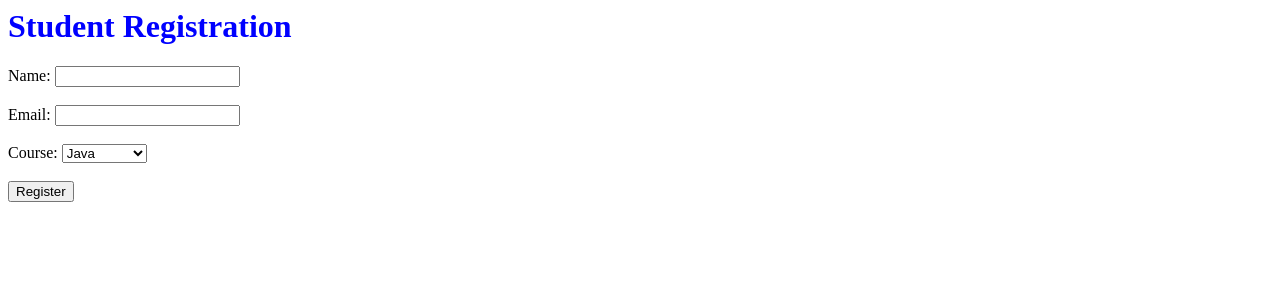
Repository: anik3395/JavaServletProjects
Page: http://localhost/StudentRegistrationSystem/register
An editor plug-in stored every save of this project. The page is shown before and after the next save, followed by the edit.
The browser window is 1280 px wide. The pictures show the whole page.
The page is served by Tomcat 9. Other server files are loaded and not shown.

Above is the page before, as saved 2024-10-22 14:08:32.

### eclipse-workspace/StudentRegistrationSystem/src/main/java/com/anik/StudentServlet.java
package com.anik;

import java.io.IOException;
import java.io.PrintWriter;
import java.util.ArrayList;
import java.util.List;

import javax.servlet.ServletException;
import javax.servlet.annotation.WebServlet;
import javax.servlet.http.HttpServlet;
import javax.servlet.http.HttpServletRequest;
import javax.servlet.http.HttpServletResponse;


@WebServlet("/register")
public class StudentServlet extends HttpServlet {

	// A list to store registered students in memory
    static final List<Student> students = new ArrayList<>();

   // doGet method to display the registration form

	protected void doGet(HttpServletRequest request, HttpServletResponse response) throws ServletException, IOException {
		// Set response content type to HTML
        response.setContentType("text/html");

        // Use PrintWriter to send the registration form as an HTML response
        PrintWriter out = response.getWriter();
        out.println("<html><body>");
        out.println("<h1 style=\"color:blue;\">Student Registration</h1>");
        out.println("<form action='register' method='post'>");
        out.println("Name: <input type='text' name='name' required><br><br>");
        out.println("Email: <input type='email' name='email' required><br><br>");
        out.println("Course: <select name='course'>");
        out.println("<option >Java</option>");
        out.println("<option value='Python'>Python</option>");
        out.println("<option value='JavaScript'>JavaScript</option>");
        out.println("<option >C</option>");
        out.println("<option >C++</option>");
        out.println("</select><br><br>");
        out.println("<input type='submit' value='Register'>");
        out.println("</form>");
        out.println("</body></html>");
	}


	protected void doPost(HttpServletRequest request, HttpServletResponse response) throws ServletException, IOException {
		String name = request.getParameter("name");
		String email = request.getParameter("email");
        String course = request.getParameter("course");

        if (name == null || name.isEmpty() || email == null || email.isEmpty() || course == null || course.isEmpty()) {
            // If validation fails, send an error message back to the client
            response.getWriter().println("<h3>All fields are required!</h3>");
            return;
        }

        // Create a new student object using the submitted data
        Student student = new Student(name, email, course);

        // Add the new student to the list
        students.add(student);

     // Redirect to the '/view' page to display all registered students
        response.sendRedirect("view");
	}

	// Method to get the list of registered students (to be used in Part 2)
    public static List<Student> getStudents() {
        return students;
    }

}

After the next save:
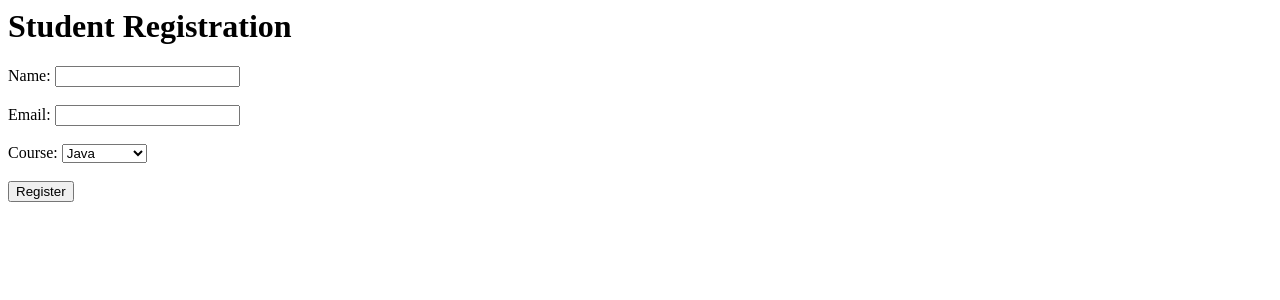
Saved 8 s later.
--- a/eclipse-workspace/StudentRegistrationSystem/src/main/java/com/anik/StudentServlet.java
+++ b/eclipse-workspace/StudentRegistrationSystem/src/main/java/com/anik/StudentServlet.java
@@ -27,7 +27,7 @@ public class StudentServlet extends HttpServlet {
         // Use PrintWriter to send the registration form as an HTML response
         PrintWriter out = response.getWriter();
         out.println("<html><body>");
-        out.println("<h1 style=\"color:blue;\">Student Registration</h1>");
+        out.println("<h1>Student Registration</h1>");
         out.println("<form action='register' method='post'>");
         out.println("Name: <input type='text' name='name' required><br><br>");
         out.println("Email: <input type='email' name='email' required><br><br>");
